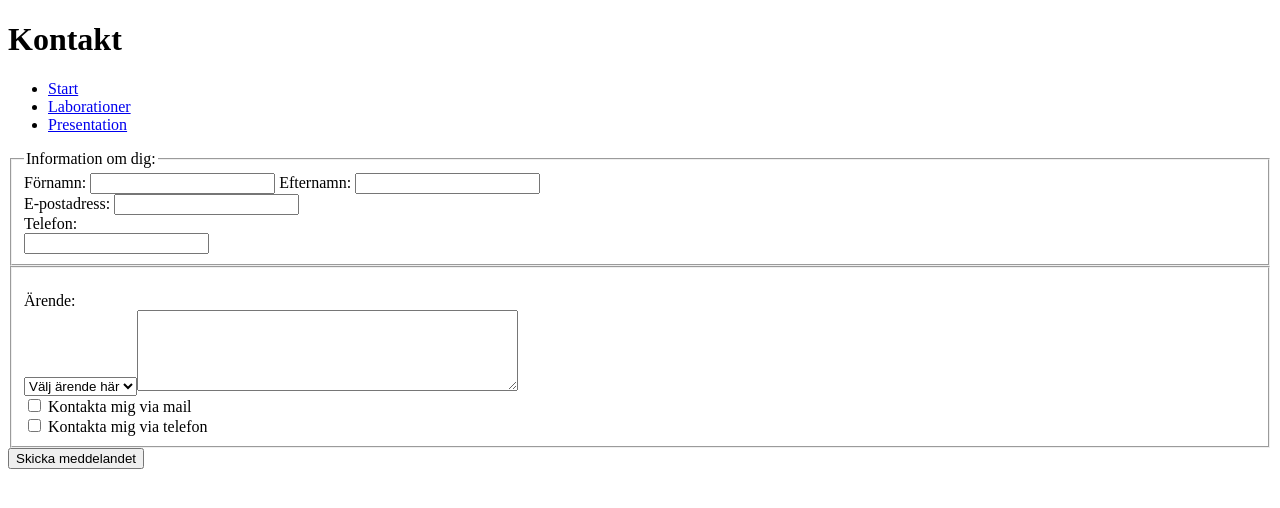
Repository: Martin-Carlsson85/HTML-och-CSS
Page: pages/kontakt.html
The author's editor kept a record of every edit. The page is drawn from the files as they stood at one moment, then again after the next edit.
The browser window is 1280 px wide. The pictures show the whole page.

Above is the page before.

After the next edit:
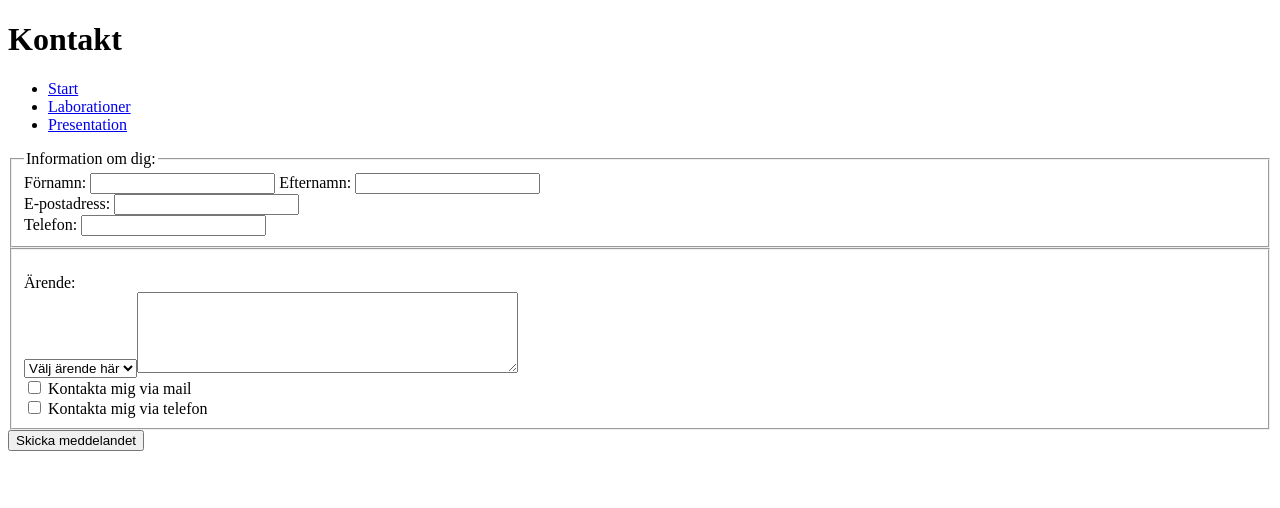
The edit:
--- a/pages/kontakt.html
+++ b/pages/kontakt.html
@@ -31,7 +31,7 @@
             E-postadress:
             <input type="text" name="epost" id="epost" /> <br />
 
-            Telefon:<br />
+            Telefon:
             <input type="text" name="epost" id="epost" />
 
         </fieldset>
